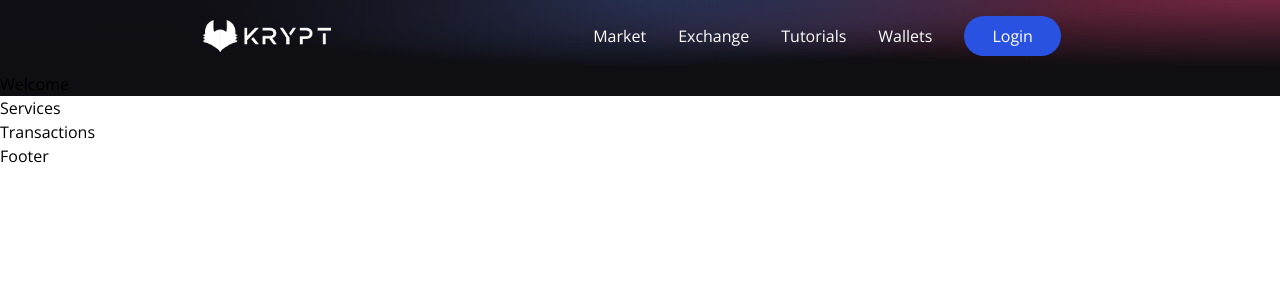
Repository: jaroensakyod/projectweb3-Transection
Page: / (app in client/)
The author's editor kept a copy of each file at every save. The page is drawn from the files as they stood at one save, then again after the next save.
The browser window is 1280 px wide. The pictures show the whole page.
The project was rebuilt for these pictures with package versions that can differ from the ones it lists, and the page was loaded fresh each time. Also part of the build but not shown: client/vite.config.js, client/src/components/Loader.jsx.

Above is the page before, as saved 2022-03-11 12:38:58.

### client/src/index.css
@import url("https://fonts.googleapis.com/css2?family=Open+Sans:wght@300;400;500;600;700&display=swap");

* html {
  padding: 0;
  margin: 0;
  box-sizing: border-box;
}

body {
  margin: 0;
  font-family: "Open Sans", sans-serif;
  -webkit-font-smoothing: antialiased;
  -moz-osx-font-smoothing: grayscale;
}

.gradient-bg-welcome {
  background-color:#0f0e13;
  background-image:
    radial-gradient(at 0% 0%, hsla(253,16%,7%,1) 0, transparent 50%),
    radial-gradient(at 50% 0%, hsla(225,39%,30%,1) 0, transparent 50%),
    radial-gradient(at 100% 0%, hsla(339,49%,30%,1) 0, transparent 50%);
}

.gradient-bg-services {
  background-color:#0f0e13;
  background-image:
    radial-gradient(at 0% 0%, hsla(253,16%,7%,1) 0, transparent 50%),
    radial-gradient(at 50% 100%, hsla(225,39%,25%,1) 0, transparent 50%);
}

.gradient-bg-transactions {
  background-color: #0f0e13;
  background-image:
    radial-gradient(at 0% 100%, hsla(253,16%,7%,1) 0, transparent 50%),
    radial-gradient(at 50% 0%, hsla(225,39%,25%,1) 0, transparent 50%);
}

.gradient-bg-footer {
  background-color: #0f0e13;
  background-image:
    radial-gradient(at 0% 100%, hsla(253,16%,7%,1) 0, transparent 53%),
    radial-gradient(at 50% 150%, hsla(339,49%,30%,1) 0, transparent 50%);
}

.blue-glassmorphism {
  background: rgb(39, 51, 89, 0.4);
  border-radius: 16px;
  box-shadow: 0 4px 30px rgba(0, 0, 0, 0.2);
  backdrop-filter: blur(5px);
  -webkit-backdrop-filter: blur(5px);
  border: 1px solid rgba(0, 0, 0, 0.3);
}

/* white glassmorphism */
.white-glassmorphism {
  background: rgba(255, 255, 255, 0.05);
  border-radius: 16px;
  backdrop-filter: blur(5px);
  -webkit-backdrop-filter: blur(5px);
  border: 1px solid rgba(255, 255, 255, 0.3);
}

.eth-card {
  background-color:#a099ff;
  background-image:
    radial-gradient(at 83% 67%, rgb(152, 231, 156) 0, transparent 58%),
    radial-gradient(at 67% 20%, hsla(357,94%,71%,1) 0, transparent 59%),
    radial-gradient(at 88% 35%, hsla(222,81%,65%,1) 0, transparent 50%),
    radial-gradient(at 31% 91%, hsla(9,61%,61%,1) 0, transparent 52%),
    radial-gradient(at 27% 71%, hsla(336,91%,65%,1) 0, transparent 49%),
    radial-gradient(at 74% 89%, hsla(30,98%,65%,1) 0, transparent 51%),
    radial-gradient(at 53% 75%, hsla(174,94%,68%,1) 0, transparent 45%);
}

.text-gradient {
  background-color: #fff;
  background-image: radial-gradient(at 4% 36%, hsla(0,0%,100%,1) 0, transparent 53%), radial-gradient(at 100% 60%, rgb(0, 0, 0) 0, transparent 50%);
  -webkit-background-clip: text;
  -webkit-text-fill-color: transparent;
}


@tailwind base;
@tailwind components;
@tailwind utilities;

### client/src/components/index.js

export { default as Loader} from './Loader';
export { default as Navbar} from './Navbar';
export { default as Footer} from './Footer';
export { default as Welcome} from './Welcome';
export { default as Transactions} from './Transactions';
export { default as Services} from './Services';

### client/src/components/Navbar.jsx

import React from "react";
import { HiMenuAlt4 } from "react-icons/hi";
import { AiOutlineClose } from "react-icons/ai";

import logo from "../../images/logo.png";

const NavBarItem = ({ title, classprops }) => (
          <li className={`mx-4 cursor-pointer ${classprops}`}>{title}</li>
        );

const Navbar = () => {

  const [toggleMenu, setToggleMenu] = React.useState(false);
      return (
          <nav className="w-full flex md:justify-center justify-between items-center p-4">
          <div className="md:flex-[0.5] flex-initial justify-center items-center">
            <img src={logo} alt="logo" className="w-32 cursor-pointer" />
          </div>
          <ul className="text-white md:flex hidden list-none flex-row justify-between items-center flex-initial">
        {["Market", "Exchange", "Tutorials", "Wallets"].map((item, index) => (
          <NavBarItem key={item + index} title={item} />
        ))}
        <li className="bg-[#2952e3] py-2 px-7 mx-4 rounded-full cursor-pointer hover:bg-[#2546bd]">
          Login
        </li>
      </ul>
          <div className="flex relative">
          </div>
      </nav>
      );
};
export default Navbar;

### client/src/components/Footer.jsx
const Footer = () => {
          return (
            <h1>Footer</h1>
            );
}
export default Footer;

### client/src/components/Welcome.jsx
const Welcome = () => {
          return (
            <h1>Welcome</h1>
            );
}
export default Welcome;

### client/src/components/Transactions.jsx
const Transactions = () => {
          return (
            <h1>Transactions</h1>
            );
}
export default Transactions;

### client/src/components/Services.jsx
const Services = () => {
          return (
            <h1>Services</h1>
            );
}
export default Services;

### client/tailwind.config.js
module.exports = {
          content: ["./src/**/*.{js,jsx,ts,tsx}", "./public/index.html"],
          darkMode: 'media', // or 'media' or 'class'
          theme: {
            fontFamily: {
              display: ["Open Sans", "sans-serif"],
              body: ["Open Sans", "sans-serif"],
            },
            extend: {
              screens: {
                mf: "990px",
              },
              keyframes: {
                "slide-in": {
                  "0%": {
                    "-webkit-transform": "translateX(120%)",
                    transform: "translateX(120%)",
                  },
                  "100%": {
                    "-webkit-transform": "translateX(0%)",
                    transform: "translateX(0%)",
                  },
                },
              },
              animation: {
                "slide-in": "slide-in 0.5s ease-out",
              },
            },
          },
          plugins: [require("@tailwindcss/forms")],
        };

Loaded but not shown: client/index.html (common file); client/src/main.jsx (common file); client/src/App.jsx (common file)

After the next save:
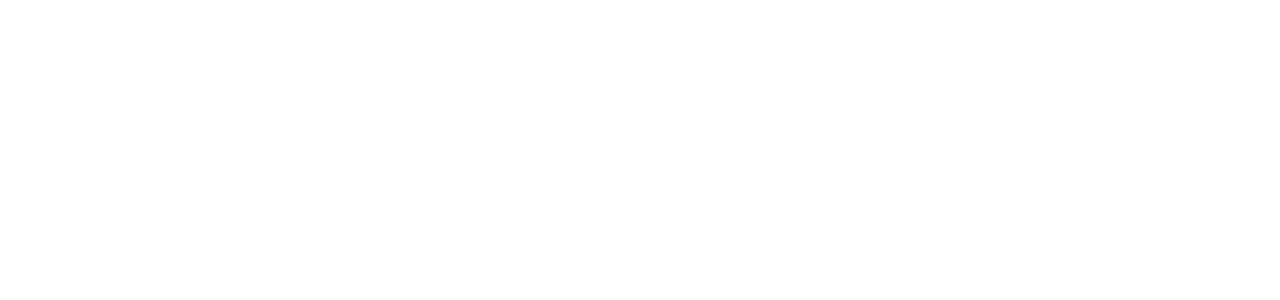
Console error: ReferenceError: NavBarItem is not defined
Saved 54 s later.
--- a/client/src/components/Navbar.jsx
+++ b/client/src/components/Navbar.jsx
@@ -5,9 +5,7 @@
 
 import logo from "../../images/logo.png";
 
-const NavBarItem = ({ title, classprops }) => (
-          <li className={`mx-4 cursor-pointer ${classprops}`}>{title}</li>
-        );
+
 
 const Navbar = () => {
 

After the 3 saves that followed:
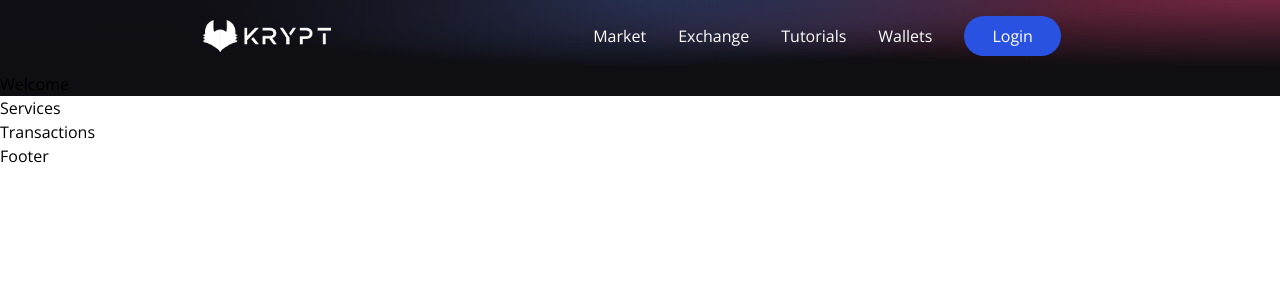
The error is gone.
The 3 saves are shown as one change because 2 left the picture as it was.
The last was saved 2 min 38 s later.
--- a/client/src/components/Navbar.jsx
+++ b/client/src/components/Navbar.jsx
@@ -5,7 +5,9 @@
 
 import logo from "../../images/logo.png";
 
-
+const NavBarItem = ({ title, classprops }) => (
+          <li className={`mx-4 cursor-pointer ${classprops}`}>{title}</li>
+        );
 
 const Navbar = () => {
 
